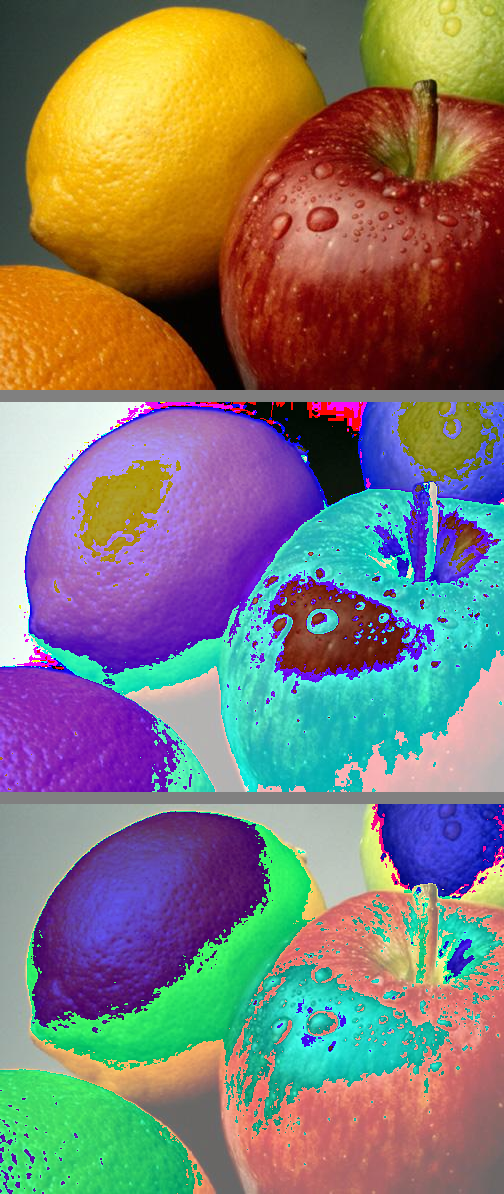
Repository: Dapravith/I5-GIC-Image-Processing
Script's output: python ROTHA_Dapravith_e20190915_TP5.py
These files come from the project's save history. The script's output is drawn as it stood at one moment and after the next save; the edit follows.
Each picture stacks the figures in order, with grey between them; figures that are only written to a file come last. Random numbers start from a fixed seed. It also reads images/fruit3.jpg.

Above is the script's output before, as saved 2024-01-18 09:45:42.

### ROTHA_Dapravith_e20190915_TP5.py
import cv2 as cv
import numpy as np
img = cv.imread("images/fruit3.jpg")
image = cv.imshow("Image",img)

def darkness():
    darkness =np.copy(img)
    # set modify values
    modify_value= 80
    for x in range(len(img)):
        for y in range(len(img[x])):
            #Operation
            new_R = img[x,y,2] - modify_value
            new_G = img[x,y,1] - modify_value
            new_B = img[x,y,0] - modify_value
            # check condition of the intensity which is smaller than 0
            if new_B < 0:
                new_B = 0
            if new_G < 0:
                new_G=0
            if new_R <0:
                new_R=0
            #Add new intensity which has modified value
            darkness[x,y] = [new_B,new_G,new_R]
    cv.imshow("Darkness Image",darkness)

def brightness():
    brightness= np.copy(img)
    modify_value= 100
    for x in range(len(img)):
        for y in range(len(img[x])):
            #Operation
            new_R = modify_value + img[x,y,2]
            new_G = modify_value + img[x,y,1]
            new_B = modify_value + img[x,y,0]
            # check condition of the intensity which is bigger than 255
            if new_B > 255:
                new_B = 255
            if new_G > 255:
                new_G = 255
            if new_R > 255:
                new_R = 255
            #Add new intensity which has modified value
            brightness[x,y] = [new_B,new_G,new_R]
    cv.imshow("Brightness Image",brightness)

image
darkness()
brightness()
cv.waitKey(0)

After the next save:
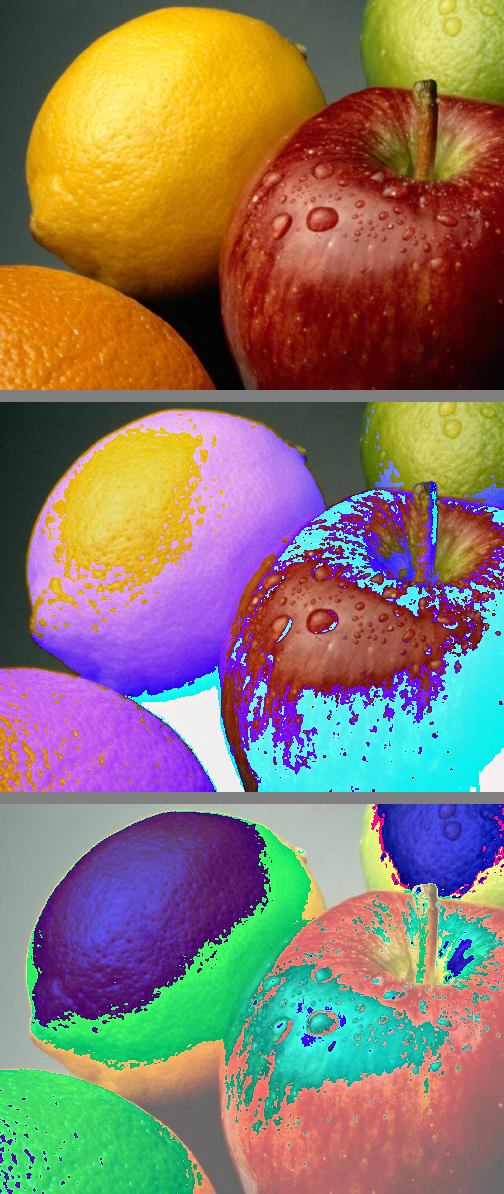
Saved 34 s later.
--- a/ROTHA_Dapravith_e20190915_TP5.py
+++ b/ROTHA_Dapravith_e20190915_TP5.py
@@ -6,7 +6,7 @@ image = cv.imshow("Image",img)
 def darkness():
     darkness =np.copy(img)
     # set modify values
-    modify_value= 80
+    modify_value= 20
     for x in range(len(img)):
         for y in range(len(img[x])):
             #Operation
